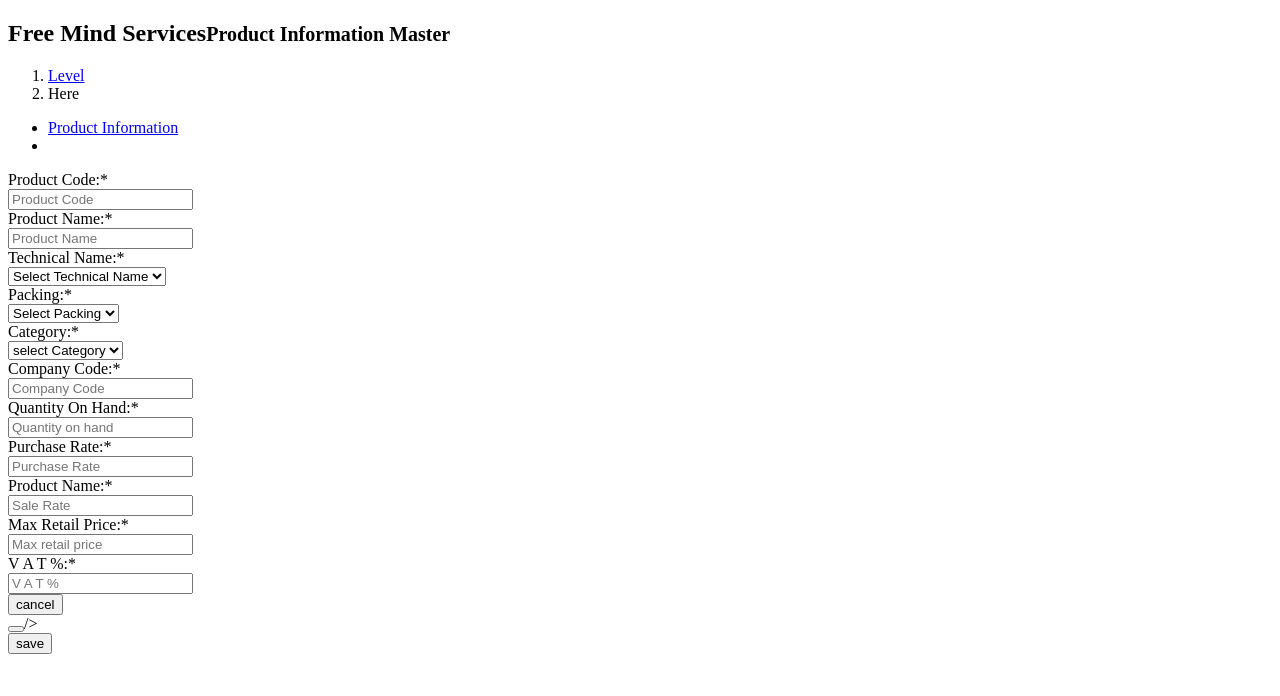
Repository: saiagro/saiagro
Page: http://localhost/AksharaWork/WEB-INF/views/productInformationMaster.jsp
These files come from the project's save history. The page is drawn as it stood at one moment and after the next save; the edit follows.
The browser window is 1280 px wide. The pictures show the whole page.
The page is served by Tomcat 9. Nobody is signed in. Other server files are loaded and not shown. The template is opened directly, without the code that normally fills it, so the values that code supplies are empty.

Above is the page before, as saved 2016-12-29 16:41:57.

### AksharaWork/WebContent/WEB-INF/views/productInformationMaster.jsp
<%@ page language="java" contentType="text/html; charset=ISO-8859-1"
    pageEncoding="ISO-8859-1"%>
<%@taglib uri="http://www.springframework.org/tags/form" prefix="form"%>
<%@ taglib uri="http://java.sun.com/jsp/jstl/core" prefix="c"%>
<!DOCTYPE html>
<html>
<head>
<meta http-equiv="Content-Type" content="text/html; charset=ISO-8859-1">
<title>Insert title here</title>
</head>
<body class="hold-transition skin-blue sidebar-mini">
  <div class="wrapper">
   <form:form class="form-horizontal" action="saveProductInformation.html" method="post" commandName="product">
      <div class="content-wrapper">
       <section class="content-header">
         <h1>
            Free Mind Services<small>Product Information Master</small>
         </h1>
         <ol class="breadcrumb">
           <li><a href="#"><i class="fa fa-dashboard"></i> Level</a></li>
           <li class="active">Here</li>
         </ol>
       </section>
       <section class="content">
          <!-- Custom Tabs -->
         <div class="nav-tabs-custom">
           <ul class="nav nav-tabs">
            <li class="active"><a href="#general_info" data-toggle="tab">Product Information</a></li>
            <li class="tabs"  style="display:none"  id="education_tab"><a href="#education" data-toggle="tab">Education</a></li>
            <li class="tabs"  style="display:none"  id="certification_tab"><a href="#certification" data-toggle="tab">Certifications</a></li>
            <li class="tabs"  style="display:none"  id="experience_tab"><a href="#experience" data-toggle="tab">Experience</a></li>
            <li class="tabs"  style="display:none" id="personal_tab" ><a href="#personel_details" data-toggle="tab">Personal Details</a></li>
            <li class="dropdown tabs"  style="display:none" id="family_tab" > <a class="dropdown-toggle" data-toggle="dropdown" href="#">Family Details<span class="caret"></span></a>
              <ul class="dropdown-menu">
                <li><a href="#father_info" data-toggle="tab">Father Info</a></li>
                <li><a href="#mother_info" data-toggle="tab">Mother Info</a></li>
                <li><a href="#partner_info" data-toggle="tab">Partner Info</a></li>
                <li><a href="#children_info" data-toggle="tab">Children Info</a></li>
                <li><a href="#siblings_info" data-toggle="tab">Siblings Info</a></li>
              </ul>
            </li>
            <li class="pull-right"><a href="#" class="text-muted"><i class="fa fa-gear"></i></a></li>
          </ul>
          <div class="tab-content">
            <div class="tab-pane active" id="general_info">
                <div class="box-body">
                  <div class="form-group">
                    <label class="col-sm-2 control-label">Product Code:<span class="required">*</span></label>
                    <div class="col-sm-3">
                      <form:input type="text" class="form-control" placeholder="Product Code" path="product_code"/>
                    </div>
                    <label class="col-sm-2 control-label">Product Name:<span class="required">*</span></label>
                    <div class="col-sm-3">
                      <form:input type="text" class="form-control" placeholder="Product Name" path="product_name"/>
                    </div>
                  </div>
                  <div class="form-group">
                    <label class="col-sm-2 control-label">Technical Name:<span class="required">*</span></label>
                    <div class="col-sm-8">
                       <form:select class="form-control" path="technical_id">
                         <form:option value="" label="Select Technical Name"/>
                         <form:options items="${technicalList}" />
                       </form:select>
                    </div>
                  </div>
                  <div class="form-group">
                    <label class="col-sm-2 control-label">Packing:<span class="required">*</span></label>
                    <div class="col-sm-3">
                       <form:select class="form-control" path="packing_id">
                         <form:option value="" label="Select Packing"/>
                         <form:options items="${packingList}" />
                       </form:select>
                    </div>
                    <label class="col-sm-2 control-label">Category:<span class="required">*</span></label>
                    <div class="col-sm-3">
                       <form:select class="form-control" path="catagory_id">
                         <form:option value="" label="select Category"/>
                         <form:options items="${catagoryList}" />
                       </form:select>
                    </div>
                  </div>
                  <div class="form-group">
                    <label class="col-sm-2 control-label">Company Code:<span class="required">*</span></label>
                    <div class="col-sm-3">
                      <form:input type="text" class="form-control" placeholder="Company Code" path="company_code"/>
                    </div>
                    <label class="col-sm-2 control-label">Quantity On Hand:<span class="required">*</span></label>
                    <div class="col-sm-3">
                      <form:input type="text" path="quantity_on_hand" class="form-control" placeholder="Quantity on hand"/>
                    </div>
                  </div>
                  <div class="form-group">
                    <label class="col-sm-2 control-label">Purchase Rate:<span class="required">*</span></label>
                    <div class="col-sm-3">
                      <form:input type="text" class="form-control" placeholder="Purchase Rate" path="purchase_rate"/>
                    </div>
                    <label class="col-sm-2 control-label">Product Name:<span class="required">*</span></label>
                    <div class="col-sm-3">
                      <form:input type="text" class="form-control" placeholder="Sale Rate" path="sale_rate"/>
                    </div>
                  </div>
                  <div class="form-group">
                    <label class="col-sm-2 control-label">Max Retail Price:<span class="required">*</span></label>
                    <div class="col-sm-3">
                      <form:input path="mrp" type="text" class="form-control" placeholder="Max retail price" />
                    </div>
                    <label class="col-sm-2 control-label">V A T %:<span class="required">*</span></label>
                    <div class="col-sm-3">
                      <form:input type="text" path="vat" class="form-control" placeholder="V A T %"/>
                    </div>
                  </div>
                  <div class="form-group">
                    <div class="col-sm-3">
                      <input type="reset" class="btn btn-danger pull-right" value="cancel">
                    </div>
                    <div class="col-sm-3">
                      <button type="button" class="btn btn-danger pull-right"></button>/>
                    </div>
                    <div class="col-sm-3">
                      <input type="submit" class="btn btn-success" value="save">
                    </div>
                  </div>
                </div>
                </div>
                </div>
             </div>
      </section>
    </div>
   </form:form>
 </div>
</body>
</html>

After the next save:
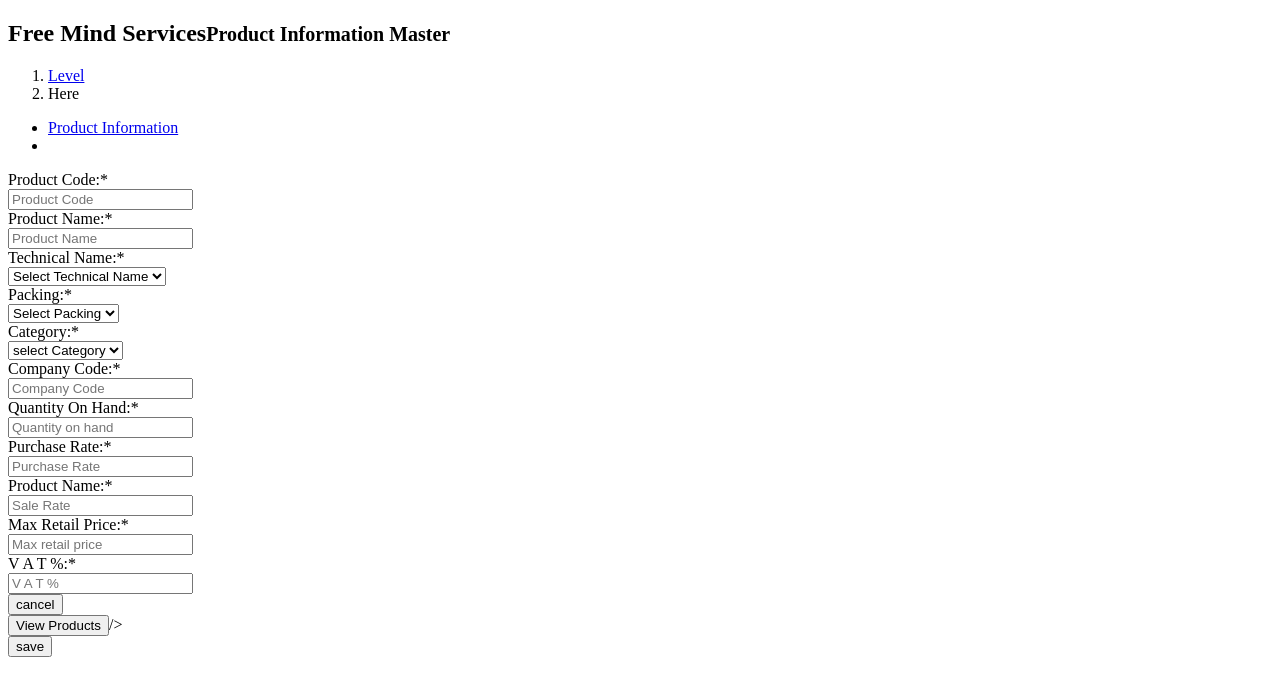
Saved 17 s later.
--- a/AksharaWork/WebContent/WEB-INF/views/productInformationMaster.jsp
+++ b/AksharaWork/WebContent/WEB-INF/views/productInformationMaster.jsp
@@ -114,7 +114,7 @@
                       <input type="reset" class="btn btn-danger pull-right" value="cancel">
                     </div>
                     <div class="col-sm-3">
-                      <button type="button" class="btn btn-danger pull-right"></button>/>
+                      <button type="button" class="btn btn-danger pull-right">View Products</button>/>
                     </div>
                     <div class="col-sm-3">
                       <input type="submit" class="btn btn-success" value="save">
